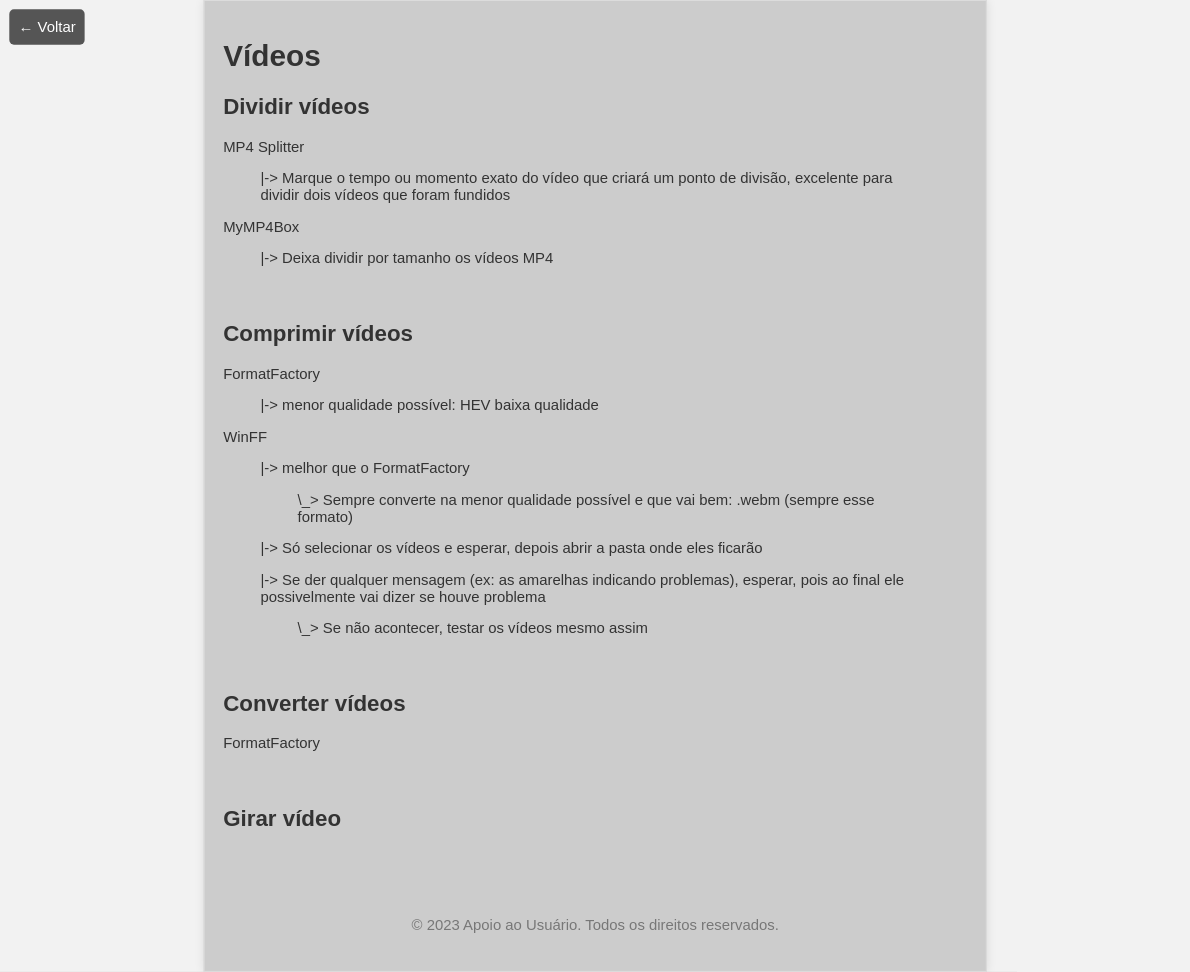
Repository: I4guito/dicasdez
Page: Dicas site/Dicas/sobrevideos.html
An editor plug-in stored every save of this project. The page is shown before and after a run of saves, followed by the edit.
The browser window is 1280 px wide. The pictures show the whole page, at 93% of full size.

Above is the page before, as saved 2023-12-07 15:39:24.

### Dicas site/Dicas/sobrevideos.html
<!DOCTYPE html>
<html lang="pt-br">
<head>
    <meta charset="UTF-8">
    <meta name="viewport" content="width=device-width, initial-scale=1.0">
    <link rel="stylesheet" href="padrao.css">
    <script src="/Dicas site/script.js"></script>
    <title>Dicas 10 - Vídeos </title>
</head>
<body>
    <div class="container">
        <header>
        <a href="javascript:history.back()" class="voltar-btn">&#8592; Voltar</a>
            <h1> Vídeos </h1>
        </header>
        <section>
            <h2>Dividir vídeos  </h2>
            <ul>
                <li>MP4 Splitter
                    <blockquote>|-> Marque o tempo ou momento exato do vídeo que criará um ponto de divisão, excelente para dividir dois vídeos que foram fundidos</blockquote>
                </li>
                <li>MyMP4Box
                <blockquote>|-> Deixa dividir por tamanho os vídeos MP4</blockquote>
                </li>
            </ul>
        </section><br>

        <section>
            <h2> Comprimir vídeos </h2>
            <ul>
                <li>FormatFactory
                    <blockquote>|-> menor qualidade possível: HEV baixa qualidade</blockquote>
                </li>
                <li>WinFF
                    <blockquote>|-> melhor que o FormatFactory
                        <blockquote>\_> Sempre converte na menor qualidade possível e que vai bem: .webm (sempre esse formato)</blockquote>
                    </blockquote>
                    <blockquote>|-> Só selecionar os vídeos e esperar, depois abrir a pasta onde eles ficarão</blockquote>
                    <blockquote>|-> Se der qualquer mensagem (ex: as amarelhas indicando problemas), esperar, pois ao final ele possivelmente vai dizer se houve problema
                        <blockquote>\_> Se não acontecer, testar os vídeos mesmo assim</blockquote>
                    </blockquote>
                </li>
            </ul>
        </section><br>



        <section>
            <h2> Converter vídeos </h2>
            <ul>
                <li>FormatFactory</li>
                <li></li>
            </ul>
        </section><br>

        <section>
            <h2>Girar vídeo  </h2>
            <ul>
                <li></li>
                <li></li>
            </ul>
        </section><br>



        <section>
            <h2>  </h2>
            <ul>
                <li></li>
                <li></li>
            </ul>
        </section><br>


        <footer>
            <p>&copy; 2023 Apoio ao Usuário. Todos os direitos reservados.</p>
        </footer>
    </div>
</body>
</html>

### Dicas site/Dicas/padrao.css
body {
    font-family: 'Arial', sans-serif;
    margin: 0;
    padding: 0;
    background-color: #f2f2f2;
    color:#fff
}

.container {
    max-width: 800px;
    margin: 0 auto;
    background-color: #ccc;
    padding: 20px;
    box-shadow: 0 0 10px rgba(0, 0, 0, 0.1);
    border: 1px solid #ddd;
    color: #333;
}

header, section, footer {
    margin-bottom: 20px;
}

header h1, section h2 {
    color: #333;
}

ul {
    list-style: none;
    padding: 0;
}

li {
    margin-bottom: 10px;
}

footer {
    text-align: center;
    color: #777;
}

.voltar-btn {
    position: absolute;
    left: 10px;
    top: 10px;
    text-decoration: none;
    color: #fff;
    font-size: 16px;
    padding: 10px;
    background-color: #555;
    border: none;
    border-radius: 5px;
    cursor: pointer;
    transition: background-color 0.3s;
}

.voltar-btn:hover {
    background-color: #777;
}

img {

    margin-inline: 5cm;
    max-width: 100%;
    border-radius: 3%;
}

.link-instrucoes {
    font-family:cursive;
    width: 50px;
    left: 10px;
    text-decoration: none;
    color: #fff;
    font-size: 25px;
    padding: 3px;
    background-color: #555;
    border: none;
    border-radius: 10px;
    cursor: pointer;
    transition:  background-color 0.3s;
}

.link-instrucoes:hover {
    background-color:#777
}

.step {
    max-width: 800px;
    margin: 0 auto;
    background-color: #333;
    padding: 20px;
    box-shadow: 0 0 10px rgba(0, 0, 0, 0.1);
    border: 1px solid #ddd;
    color: #333;
    margin-bottom: 40px;
    padding: 20px;
    border-radius: 8px;
    box-shadow: 0 4px 8px rgba(0, 0, 0, 0.1);
}



.container img {
    display: block;
    max-width: 35%;
    height: auto;
    display: block;
    margin: 20px auto;
    border-radius: 8px;
    box-shadow: 0 4px 8px rgba(0, 0, 0, 0.1);


}

.image-zoom input[type="checkbox"] {
    display: none;
}

.image-zoom img {
    max-width: 100%;
    height: auto;
    cursor: pointer;
    transition: transform 0.3s ease-in-out;
}

.image-zoom input[type="checkbox"]:checked + img {
    transform: scale(1.5);
}

### Dicas site/script.js
function filterItems() {
    var searchBar = document.getElementById('searchBar');
    var filter = searchBar.value.toUpperCase();

    var columns = document.getElementsByClassName('column');
    for (var i = 0; i < columns.length; i++) {
        var boxes = columns[i].getElementsByClassName('box');
        for (var j = 0; j < boxes.length; j++) {
            var item = boxes[j];
            var textValue = item.textContent || item.innerText;
            if (textValue.toUpperCase().indexOf(filter) > -1) {
                item.style.display = "";
            } else {
                item.style.display = "none";
            }
        }
    }
}

function openPage(pageName) {
    window.location.href = pageName + '.html';
}

const isOpera = navigator.userAgent.indexOf("OPR") > -1;

if (isOpera) {
    document.addEventListener("DOMContentLoaded", function () {
        const containers = document.querySelectorAll(".container");
        containers.forEach(function (container) {
            container.style.backgroundColor = "#005c4b";
            container.style.color = "#333";
        });
    });
}

After the next 2 saves:
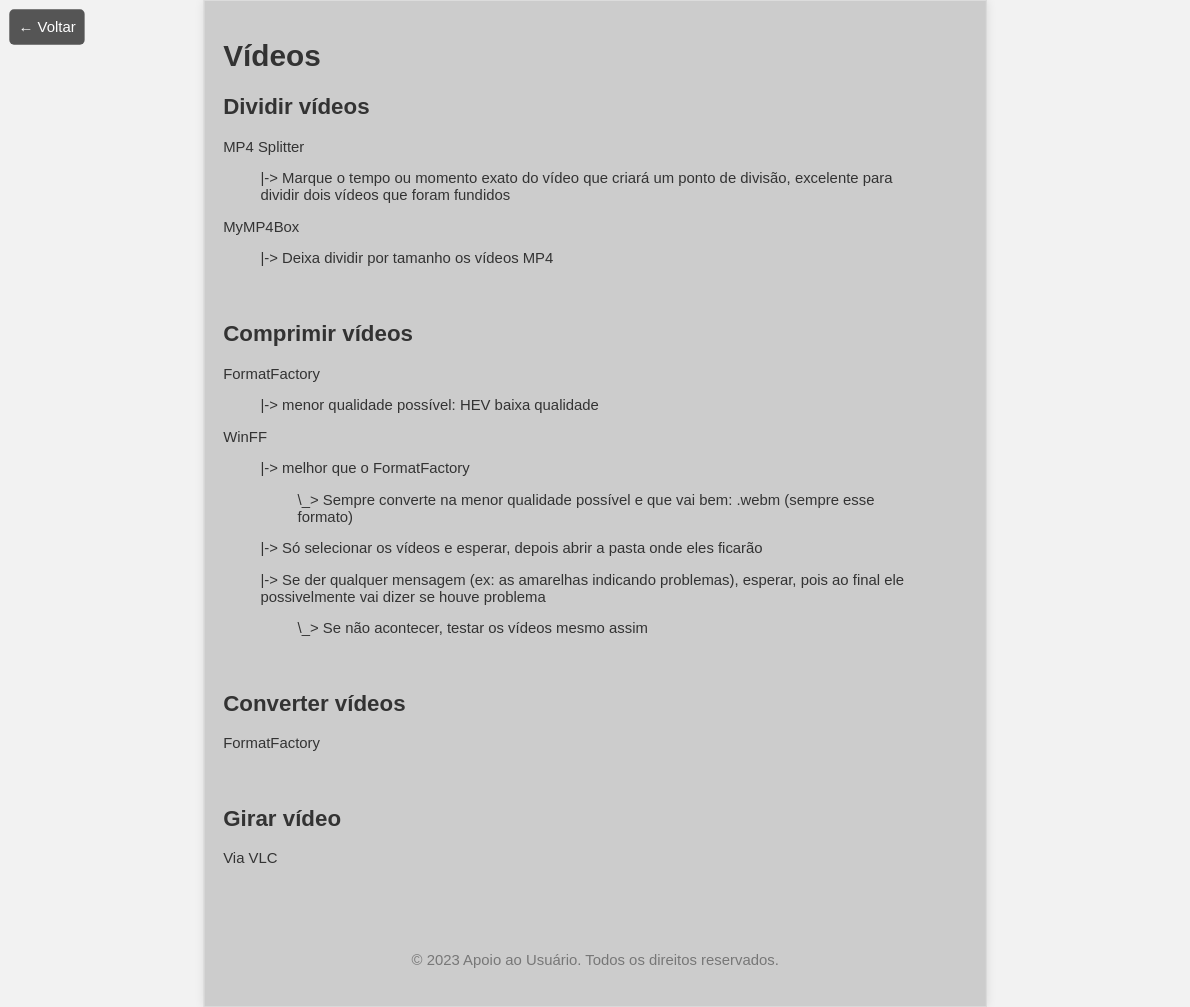
The 2 saves are shown as one change because they came seconds apart.
The last was saved 21 s later.
--- a/Dicas site/Dicas/sobrevideos.html
+++ b/Dicas site/Dicas/sobrevideos.html
@@ -56,8 +56,10 @@
         <section>
             <h2>Girar vídeo  </h2>
             <ul>
-                <li></li>
-                <li></li>
+                <li>Via VLC
+                    <blockquote></blockquote>
+                </li>
+
             </ul>
         </section><br>
 
